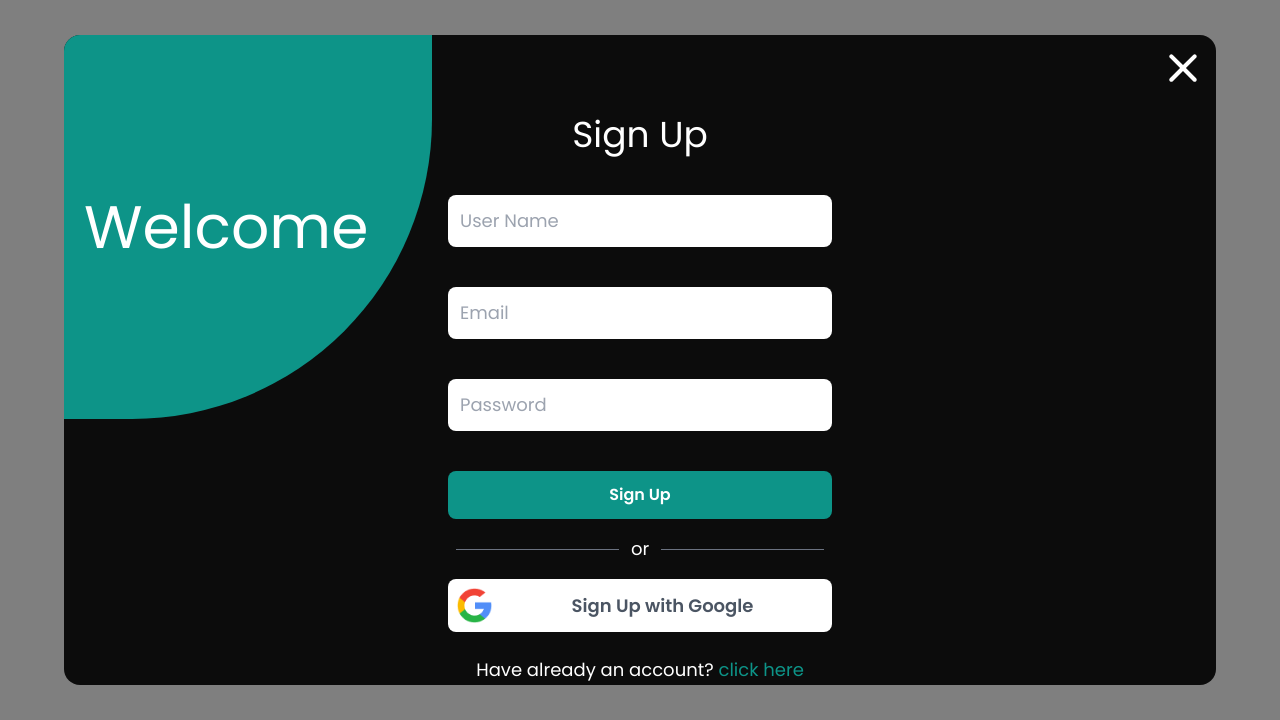
Repository: Ahmed77669/GT-Exams
Page: /
An editor plug-in stored every save of this project. The page is shown before and after the next save, followed by the edit.
The browser window is 1280 px wide. The pictures show the whole page.
The project was rebuilt for these pictures with package versions that can differ from the ones it lists, and the page was loaded fresh each time. The framework's server and built-in components were replaced by stand-ins that run in the browser. Also part of the build but not shown: next.config.mjs.

Above is the page before, as saved 2024-10-04 20:24:44.

### app/page.tsx
'use client'
import NavBarHome from "@/components/Navbar";
import Signup from "@/components/signup";
import Image from "next/image";

export default function Home() {
  return (
    <main>
<div className="fixed top-0 left-0 w-full h-full bg-black bg-opacity-50 flex justify-center items-center z-[1000]">
<div className="p-5 rounded-lg max-w-[1600px] w-full">
      <Signup/>
      </div>
      </div>
          </main>
  );
}

### components/signup.tsx
import React, { useState } from 'react';
import { Poppins } from "next/font/google";
import { CloseRounded } from '@mui/icons-material';
import { IconButton } from '@mui/material';
import google from '@/public/google.png';
import Image from 'next/image';
import { useRouter } from 'next/navigation';
import { motion } from 'framer-motion';


const poppins = Poppins({
  subsets: ["latin"],
  weight: ["100", "200", "300", "400", "500", "600", "700"],
});

interface SignupProps {
  closeSignup: () => void;
  toggleForm: (formType: 'login' | 'resetPassword') => void;
}

const pageVariants = {
  hidden: { opacity: 0, y: -20 },
  visible: { opacity: 1, y: 0, transition: { duration: 0.7 } },
};

const Signup: React.FC<SignupProps> = ({ closeSignup, toggleForm }) => {
  const route = useRouter();

  const handleSubmit = (event: React.FormEvent) => {
    event.preventDefault();
    route.push('./home');
  };




  return (
    <motion.div variants={pageVariants} initial="hidden" animate="visible">
      <section className={poppins.className}>
        <div className="flex justify-center items-center h-screen ">
          <div className="bg-black/90 w-full max-w-6xl rounded-2xl min-h-[650px]">
            <div className="grid md:grid-cols-3 gap-6 text-white">
              <div className="bg-teal-600 w-full h-96 rounded-tl-2xl rounded-br-[300px] flex items-center">
                <h1 className="text-6xl ml-5">Welcome</h1>
              </div>
              <div className="flex flex-col items-center justify-center mt-20">
                <p className="text-center mb-10 text-4xl">Sign Up</p>
                <form className="flex flex-col items-center" onSubmit={handleSubmit}>
                  <input
                    type="text"
                    name="name"
                    className="text-field w-96 text-lg p-3 mb-10 rounded-lg"
                    placeholder="User Name"
                    required
                  />
                  <input
                    type="email"
                    name="email"
                    className="text-field w-96 text-lg p-3 mb-10 rounded-lg"
                    placeholder="Email"
                    required
                  />
                  <input
                    type="password"
                    name="password"
                    className="text-field w-96 text-lg p-3 mb-10 rounded-lg"
                    placeholder="Password"
                    required
                  />
                  <button className="w-96 bg-teal-600 text-white p-3 rounded-lg hover:opacity-90 font-semibold">
                    Sign Up
                  </button>
                </form>
                <div className="flex items-center mt-4 w-full">
                  <hr className="flex-1 border-t border-gray-500" />
                  <p className="mx-3 text-lg">or</p>
                  <hr className="flex-1 border-t border-gray-500" />
                </div>
                <div className="flex justify-center mt-4">
                  <button className="w-96 bg-white text-gray-600 p-1 rounded-lg flex items-center hover:opacity-90">
                    <Image src={google} alt="google icon" width={45} />
                    <span className="flex-1 text-center text-lg font-semibold">Sign Up with Google</span>
                  </button>
                </div>
                <div className="text-center mt-6">
                  <p className="text-lg">
                    Have already an account?{" "}
                    <span
                      className="text-teal-600 cursor-pointer"
                      onClick={() => toggleForm("login")}
                    >
                      click here
                    </span>
                  </p>
                </div>
              </div>
              <div className="flex justify-end  items-start ">
                <IconButton aria-label="close" onClick={closeSignup} className="m-5">
                  <CloseRounded className="text-white" style={{ fontSize: "50px" }} />
                </IconButton>
              </div>
            </div>
          </div>
        </div>
      </section>
    </motion.div>
  );
};

export default Signup;

Loaded but not shown: app/layout.tsx (common file); app/globals.css (common file); tailwind.config.ts (common file)

After the next save:
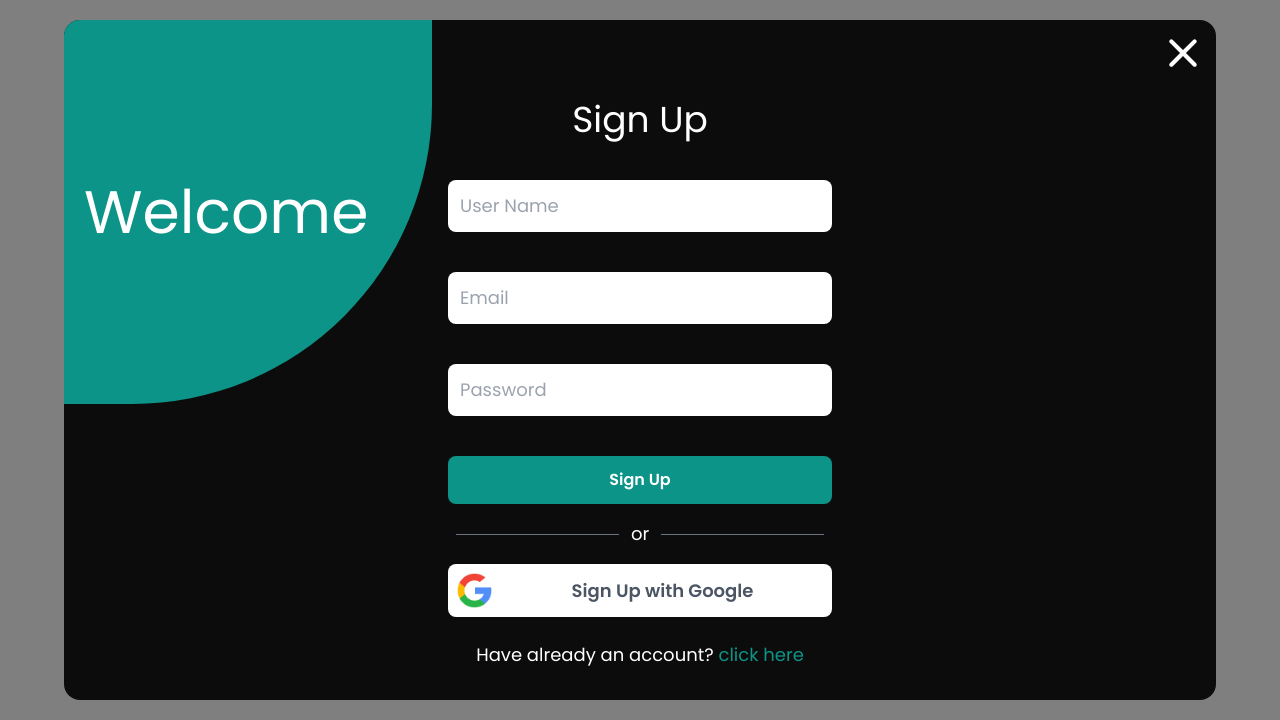
Saved 11 s later.
--- a/components/signup.tsx
+++ b/components/signup.tsx
@@ -38,7 +38,7 @@ const Signup: React.FC<SignupProps> = ({ closeSignup, toggleForm }) => {
     <motion.div variants={pageVariants} initial="hidden" animate="visible">
       <section className={poppins.className}>
         <div className="flex justify-center items-center h-screen ">
-          <div className="bg-black/90 w-full max-w-6xl rounded-2xl min-h-[650px]">
+          <div className="bg-black/90 w-full max-w-6xl rounded-2xl min-h-[680px]">
             <div className="grid md:grid-cols-3 gap-6 text-white">
               <div className="bg-teal-600 w-full h-96 rounded-tl-2xl rounded-br-[300px] flex items-center">
                 <h1 className="text-6xl ml-5">Welcome</h1>
